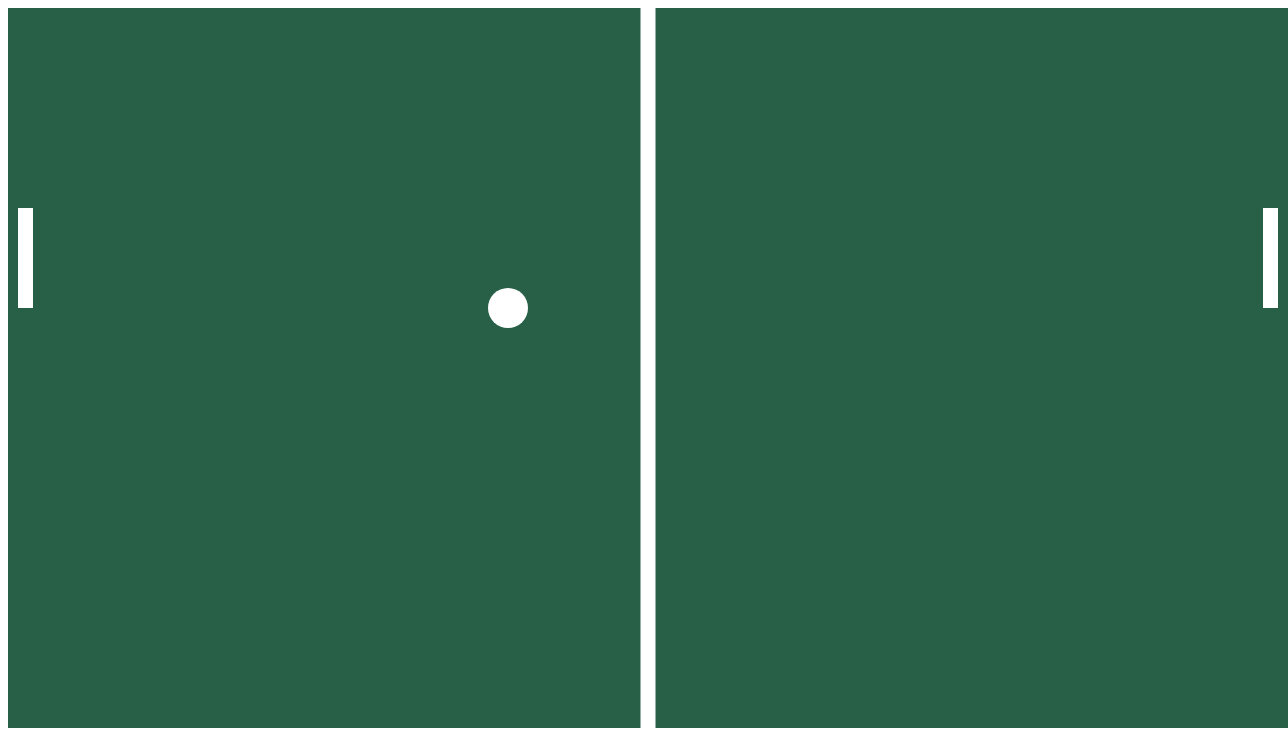
Repository: luizgaivaa/Game
Page: index.html
These files come from the project's save history. The page is drawn as it stood at one moment and after a run of saves; the edit follows.
The browser window is 1280 px wide. The page is 1288 px wide, then 1280 px, then 1288 px, so the pictures cover 1288 px, including what lies to the right of the window. The pictures show the whole page.

Above is the page before, as saved 2024-03-26 16:31:30.

After the next 5 saves:
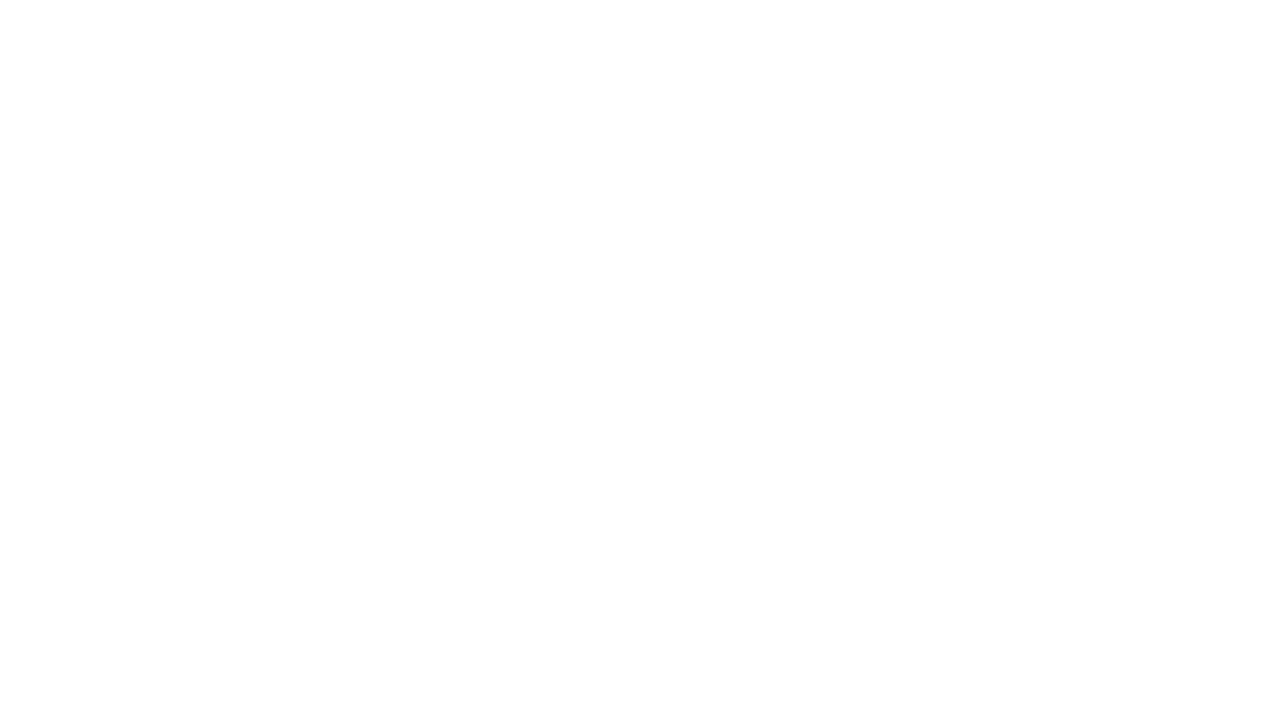
Console error: SyntaxError: Unexpected token '}'
The 5 saves are shown as one change because they came seconds apart.
The last was saved 14 s later.
--- a/index.html
+++ b/index.html
@@ -42,6 +42,9 @@
             canvasCtx.font="bold 72px Arial"
             canvasCtx.textAlign="center"
             canvasCtx.textBaseline="top"
+            canvasCtx.
+
+
         }
         setup()
         draw()

After the 3 saves that followed:
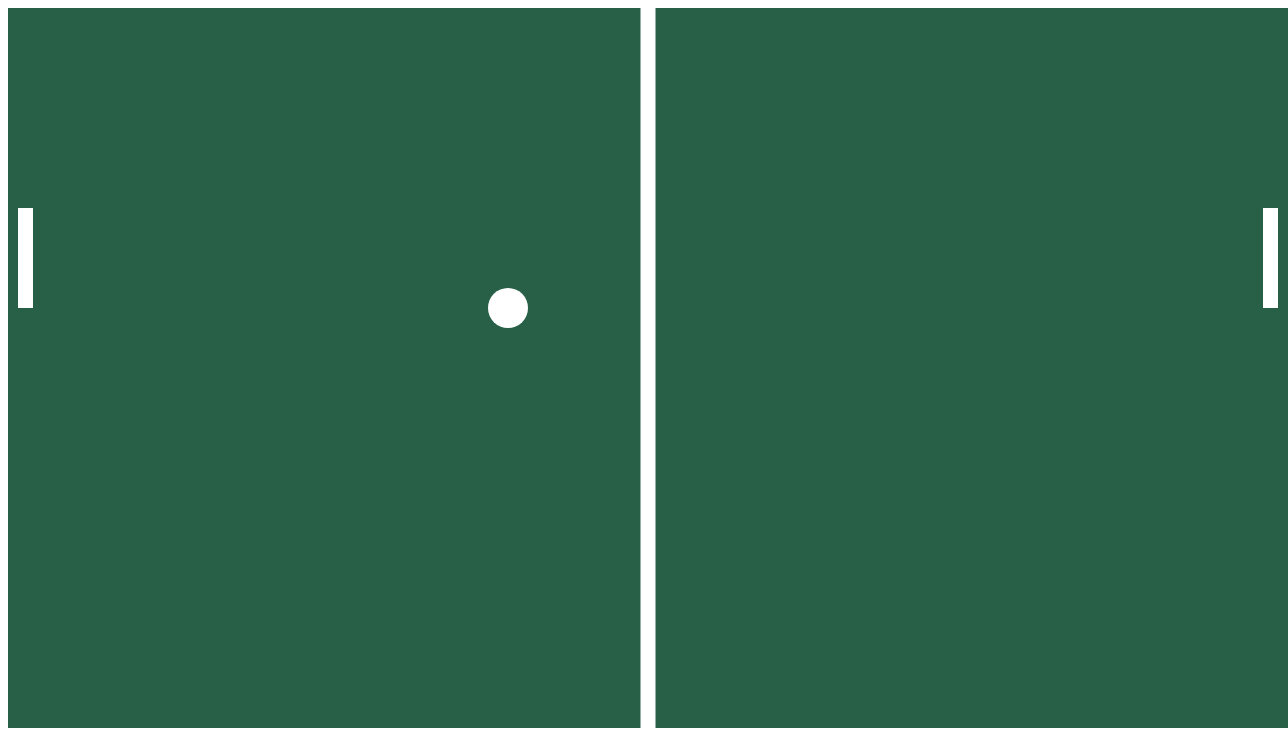
The error is gone.
The 3 saves are shown as one change because they came seconds apart.
The last was saved 23 s later.
--- a/index.html
+++ b/index.html
@@ -42,7 +42,7 @@
             canvasCtx.font="bold 72px Arial"
             canvasCtx.textAlign="center"
             canvasCtx.textBaseline="top"
-            canvasCtx.
+            canvasCtx.fillStyle=""
 
 
         }
